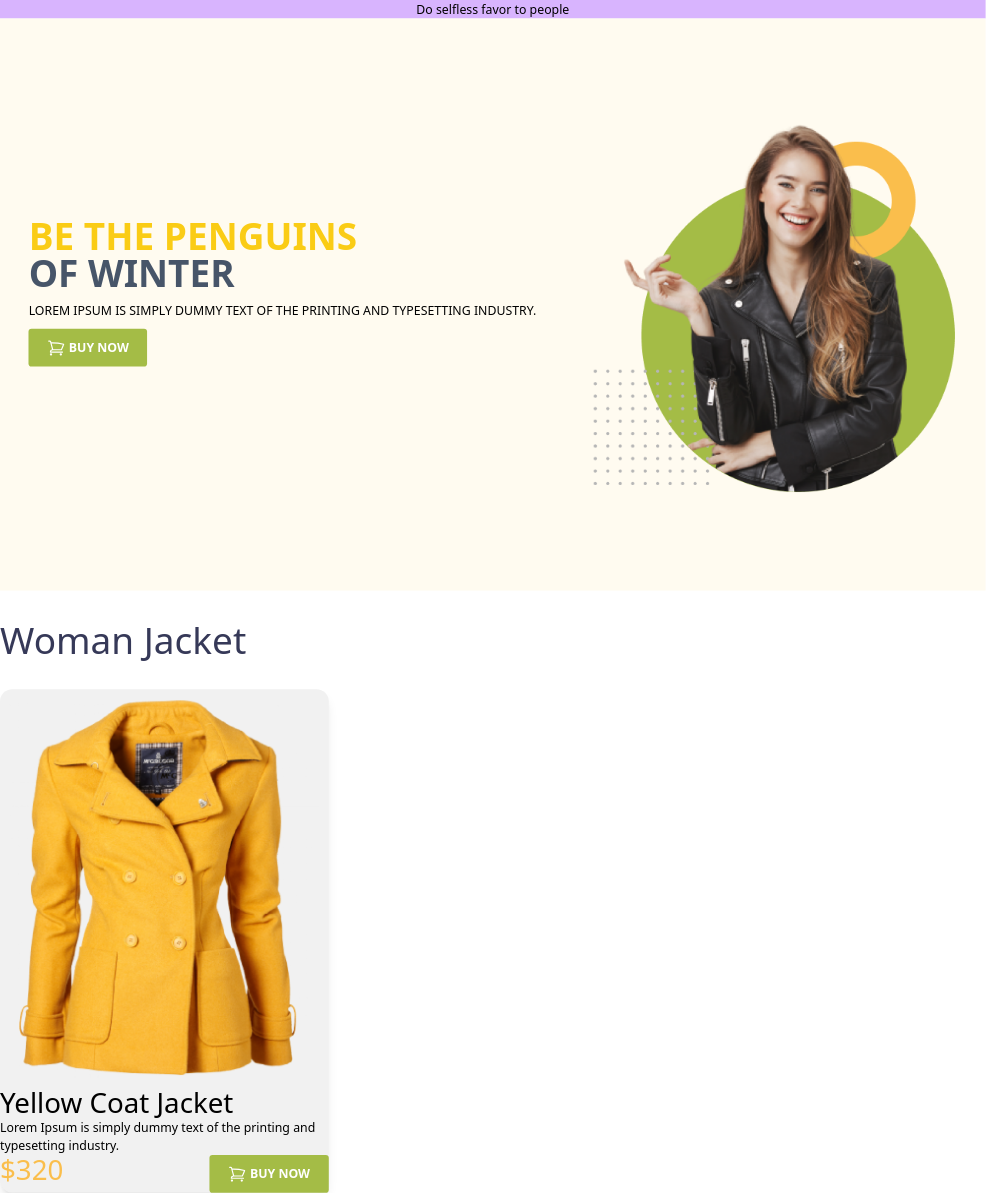
Repository: zjria/penguin-e-commerce-fashion
Page: index.html
These files come from the project's save history. The page is drawn as it stood at one moment and after the next save; the edit follows.
The browser window is 1280 px wide. The pictures show the whole page, at 77% of full size.
Some web libraries are served in a nearby version.

Above is the page before, as saved 2022-10-07 07:54:17.

After the next save:
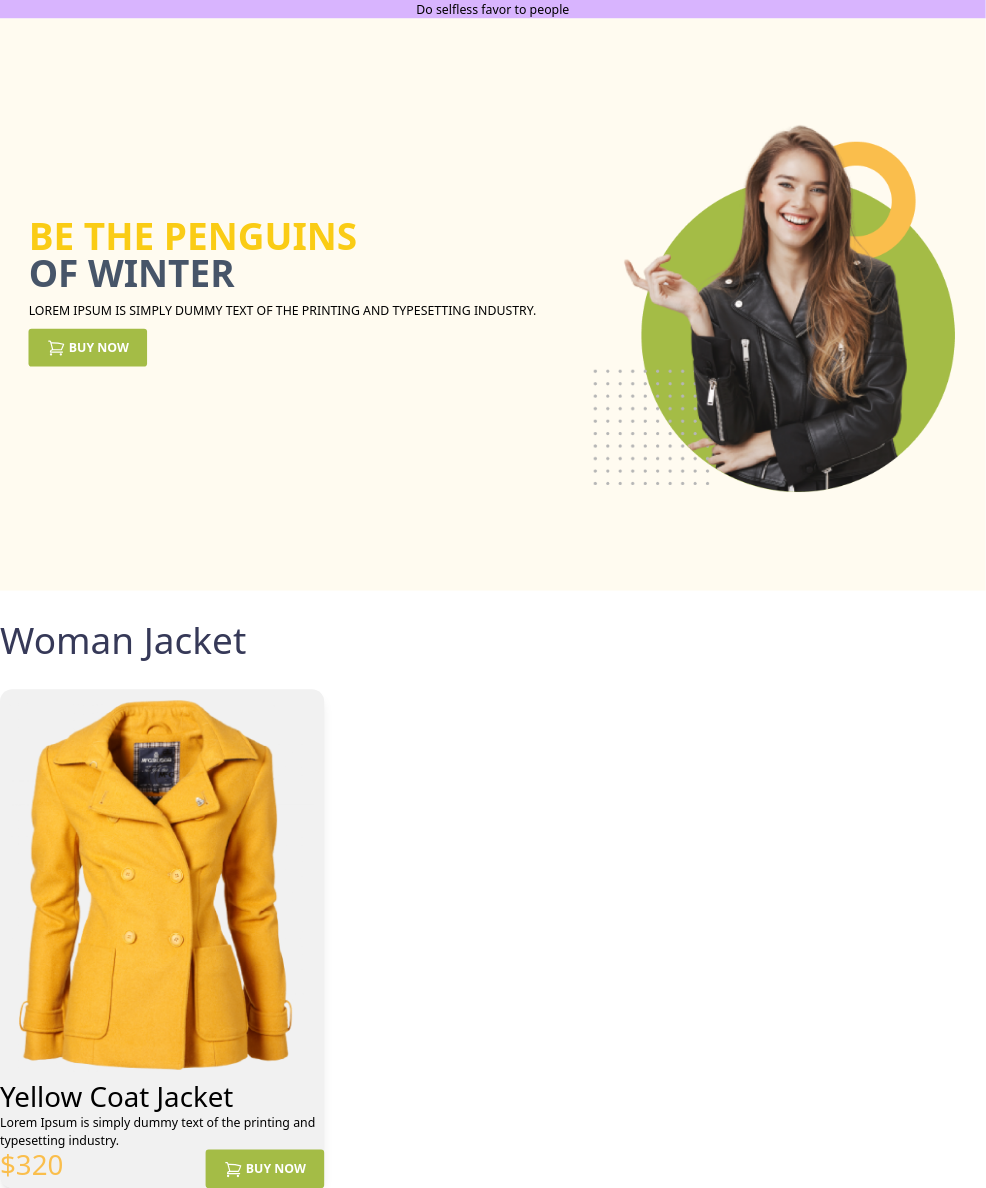
Saved 34 s later.
--- a/index.html
+++ b/index.html
@@ -64,7 +64,7 @@
     <main>
         <section class="container mx-auto">
             <h2 class="text-5xl my-10 text-main_text_color font-header_text">Woman Jacket</h2>
-            <div class="grid grid-cols-3 ">
+            <div class="grid grid-cols-3 gap-2 full_card_bg">
                 <div class="bg-card_bg rounded-2xl shadow-lg">
                     <div class="p-3">
                         <img src="images/jacket-1.png" alt="">
